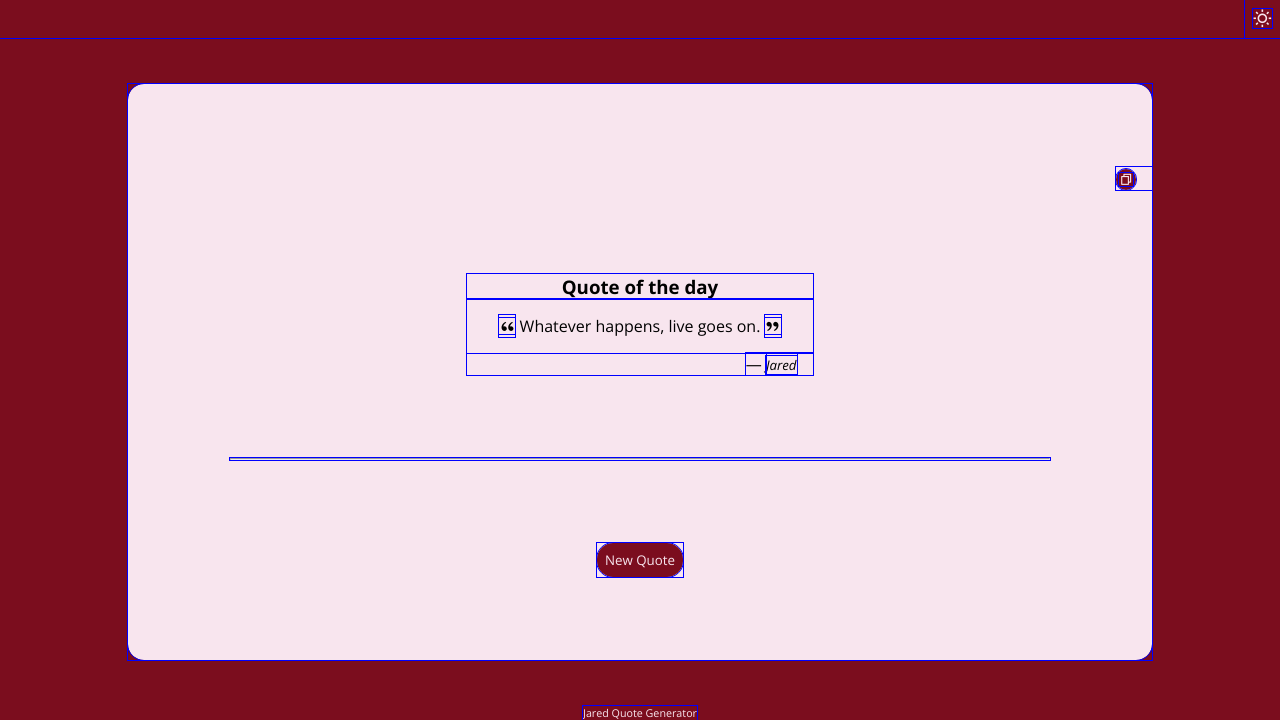
Repository: EguJaredoBoyd/Jared-Quote-Generator
Page: html/main.html
An editor plug-in stored every save of this project. The page is shown before and after the next save, followed by the edit.
The browser window is 1280 px wide. The pictures show the whole page.
Some web libraries are served in a nearby version.

Above is the page before, as saved 2026-01-12 23:47:49.

After the next save:
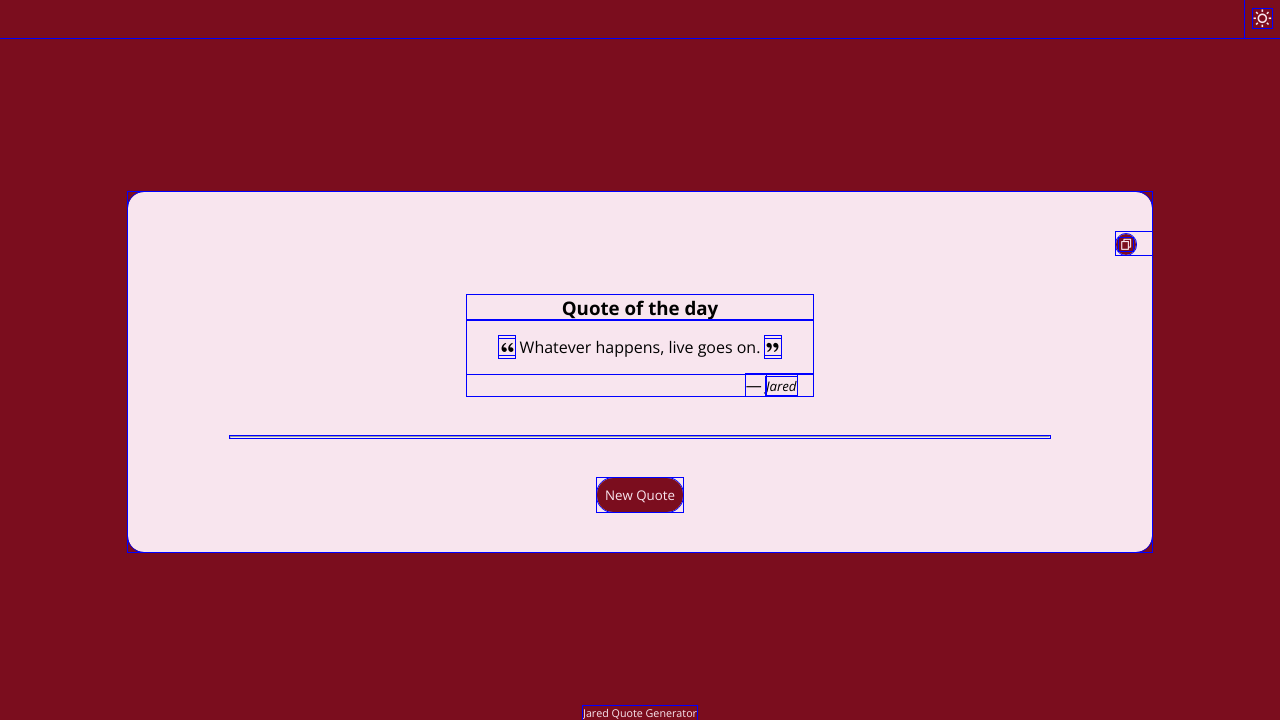
Saved 27 s later.
--- a/css/style.css
+++ b/css/style.css
@@ -57,7 +57,7 @@ header button {
   flex-direction: column;
   justify-content: space-evenly;
   align-items: center;
-  height: 80vh;
+  height: 50vh;
   width: 80vw;
   max-width: 80vw;
   background-color: var(--card-color);
